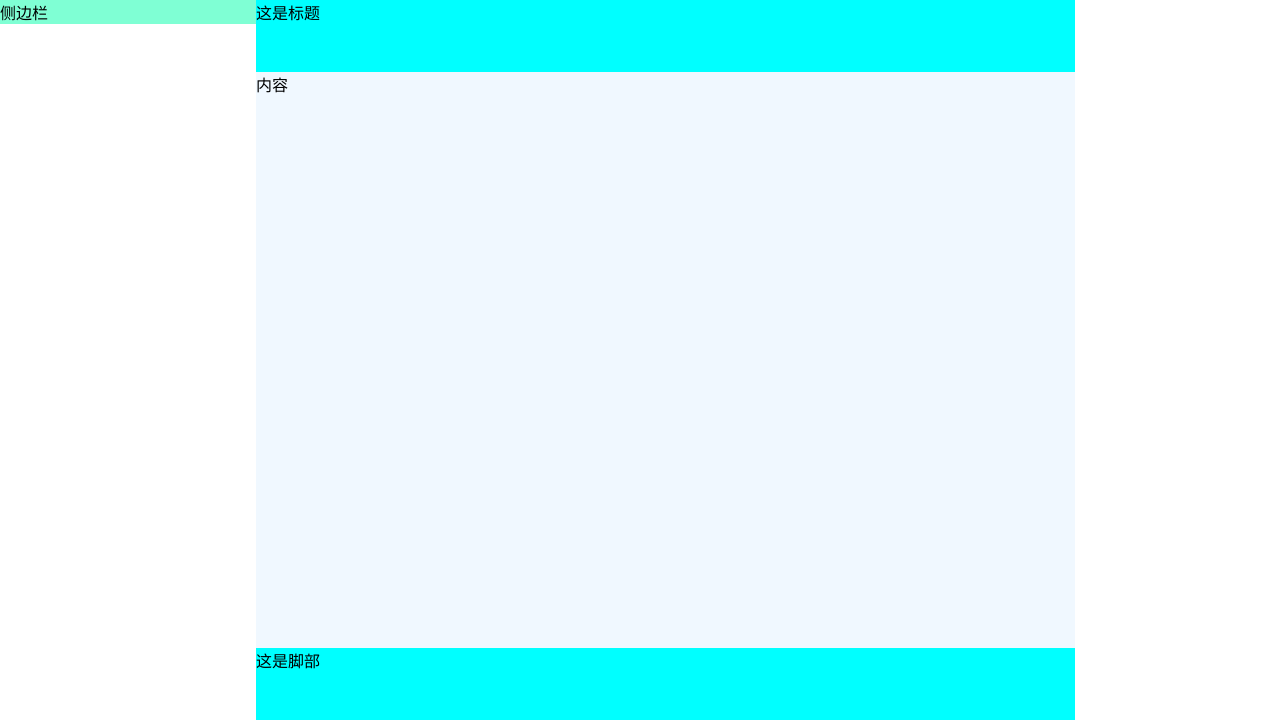
Repository: krm007/my
Page: layout.html
An editor plug-in stored every save of this project. The page is shown before and after the next save, followed by the edit.
The browser window is 1280 px wide. The pictures show the whole page.

Above is the page before, as saved 2019-01-23 11:04:20.

After the next save:
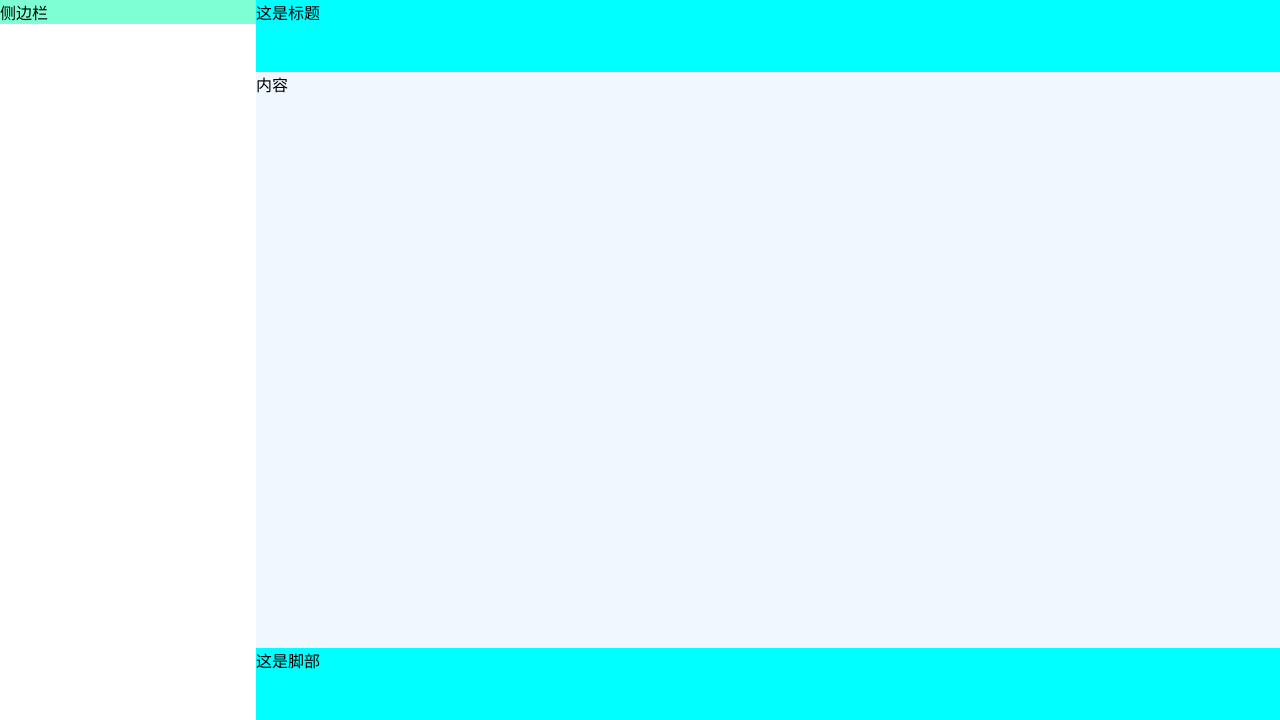
Saved 2 min 31 s later.
--- a/layout.html
+++ b/layout.html
@@ -11,7 +11,7 @@
             padding: 0
         }
     section{
-        width: 20%;
+        width: 20vw;
         max-height:100vh;
         background-color: aquamarine;
         display: block;
@@ -20,7 +20,7 @@
         top: 0;
     }
     div{
-        width: 80%;
+        width: 80vw;
         height: 100vh;
         position: relative;
         left: 20%;
@@ -28,13 +28,13 @@
     }
     header,footer{
         display: block;
-        width: 80%;
+        width: 80vw;
         height:10vh;
         background-color: aqua
     }
     article{
         display: block;
-        width: 80%;
+        width: 80vw;
         height: 80vh;
         background-color: aliceblue
     }
